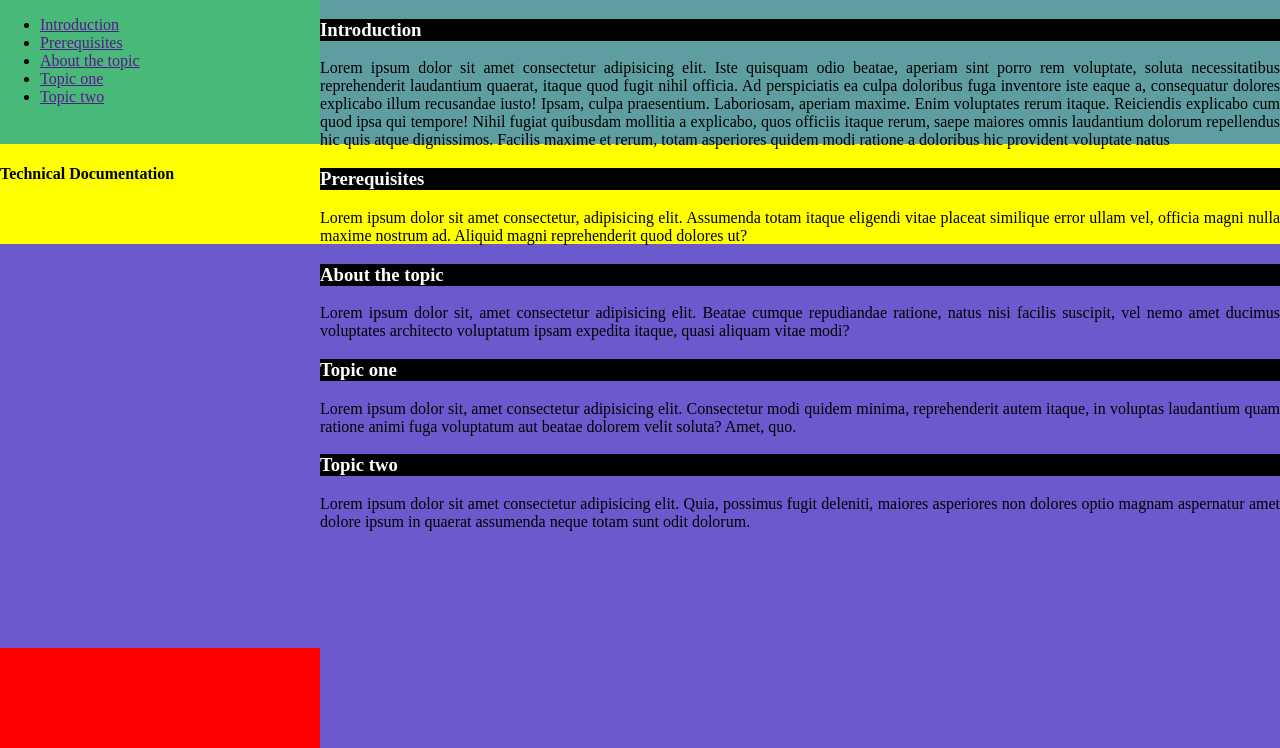
Repository: JoaoLemesDEV/Excercise-Tech-Documentation-Page
Page: index.html
These files come from the project's save history. The page is drawn as it stood at one moment and after the next save; the edit follows.
The browser window is 1280 px wide. The pictures show the whole page.

Above is the page before, as saved 2021-10-03 21:46:30.

After the next save:
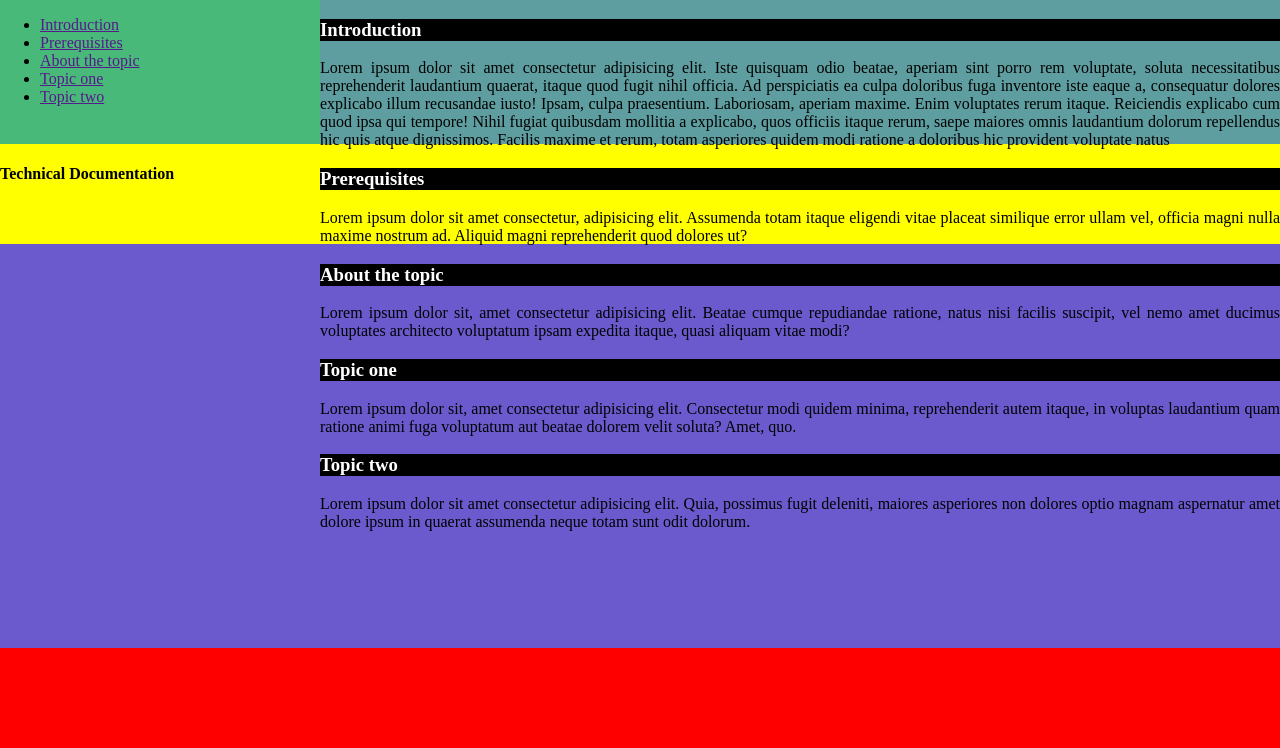
Saved 26 s later.
--- a/index.css
+++ b/index.css
@@ -34,4 +34,6 @@ main{
 footer{
   background-color: red;
   height: 100px;
+  grid-column-start: 1;
+  grid-column-end: 3;
 }
